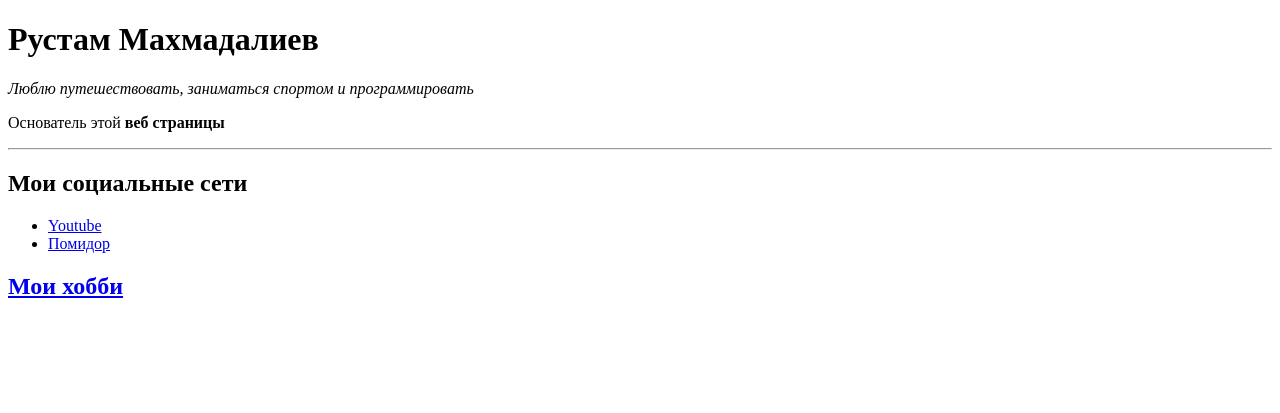
Repository: RustamMakh/html
Page: index.html
The author's editor kept a copy of each file at every save. The page is drawn from the files as they stood at one save, then again after the next save.
The browser window is 1280 px wide. The pictures show the whole page.

Above is the page before, as saved 2022-06-07 19:50:06.

### index.html
<!DOCTYPE html>
<html lang="ru">
<head>
    <meta charset="UTF-8">
    <meta http-equiv="X-UA-Compatible" content="IE=edge">
    <meta name="viewport" content="width=device-width, initial-scale=1.0">
    <title>Rustam resume</title>
</head>
<body>
  <h1>Рустам Махмадалиев</h1>
  <p><em>Люблю путешествовать, заниматься спортом и программировать</em></p>
  <p>Основатель этой <strong>веб страницы</strong></p>
  <hr>

  <h2>Мои социальные сети</h2>
  <ul>
      <li> <a href="https://www.youtube.com/watch?v=DOEtVdkKwcU" target="_blank">Youtube</li>
      <li> <a href="https://bakunin.com/pomidor/" target="_blank">Помидор</li>
    </ul>
  <h2>Мои хобби</h2>
</body>
</html>

After the next save:
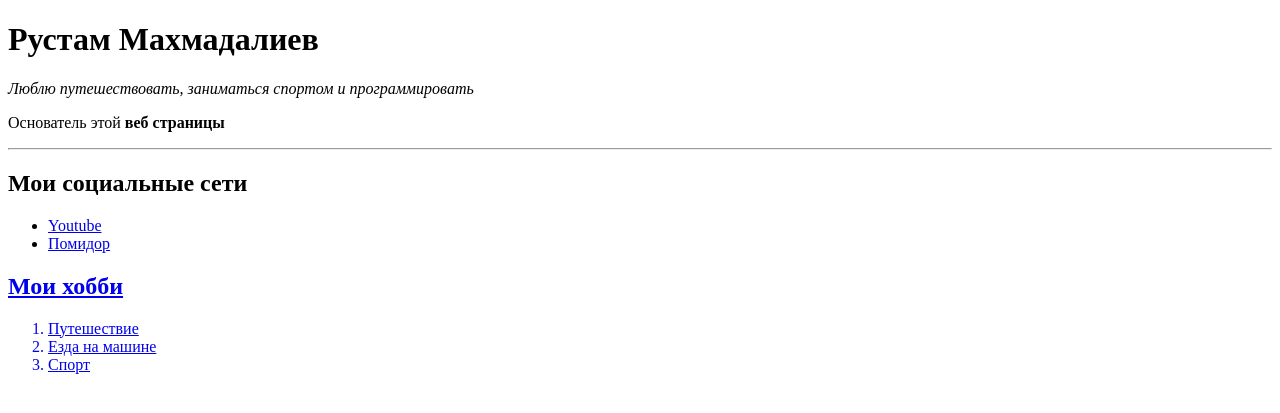
Saved 83 s later.
--- a/index.html
+++ b/index.html
@@ -18,5 +18,10 @@
       <li> <a href="https://bakunin.com/pomidor/" target="_blank">Помидор</li>
     </ul>
   <h2>Мои хобби</h2>
+  <ol>
+      <li>Путешествие</li>
+      <li>Езда на машине</li>
+      <li>Спорт</li>
+  </ol>
 </body>
 </html>
